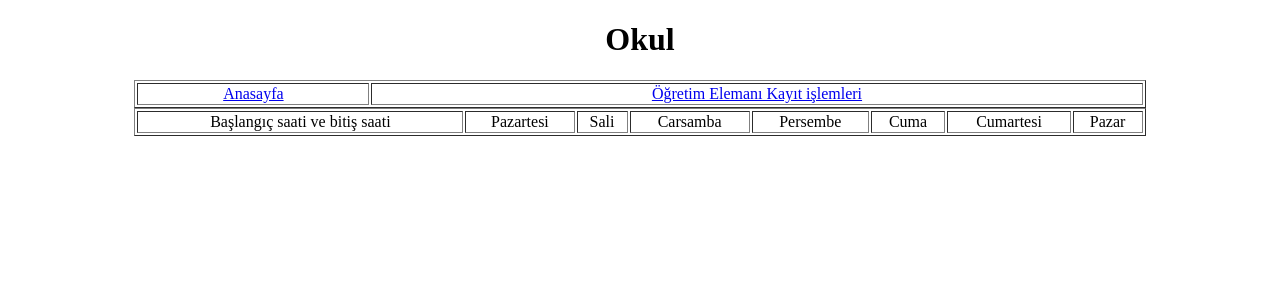
Repository: Egemen-ve-Burakhan-internet-final/final
Page: http://localhost/ogretim/
An editor plug-in stored every save of this project. The page is shown before and after the next save, followed by the edit.
The browser window is 1280 px wide. The pictures show the whole page.
The page is served by Tomcat 9. Queries for data that is not in the repository find no rows.

Above is the page before, as saved 2020-05-30 13:56:22.

After the next save:
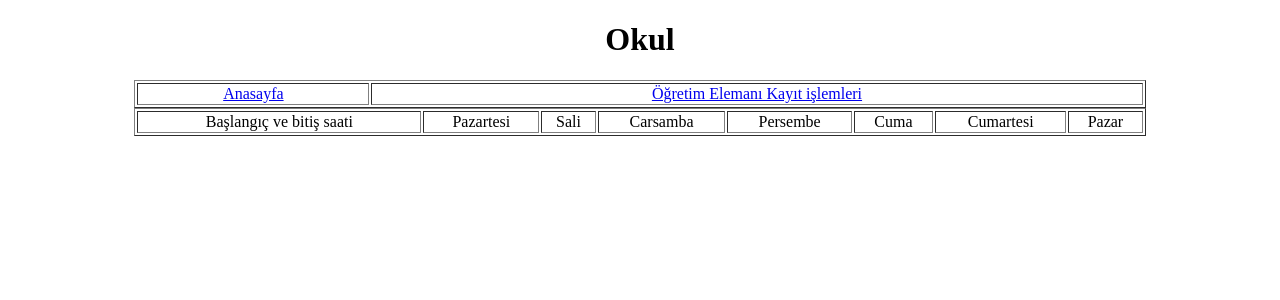
Saved 10 s later.
--- a/okul/ogretim/WebContent/index.jsp
+++ b/okul/ogretim/WebContent/index.jsp
@@ -88,7 +88,7 @@
 					<table border = 1px; align = center width=80% style="text-align:center">
 
 					  <tr>
-						<td>Başlangıç saati ve bitiş saati</td>
+						<td>Başlangıç ve bitiş saati</td>
 						<td>Pazartesi</td>
 						<td>Sali</td>
 						<td>Carsamba</td>
